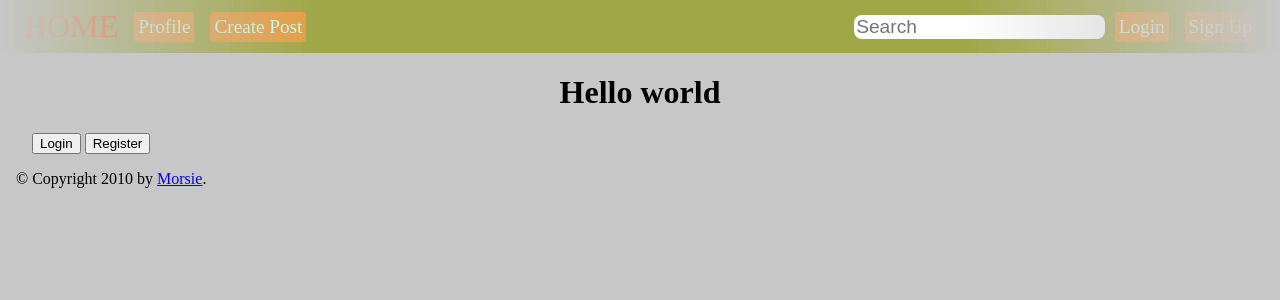
Repository: MorsChen/python-blog
Page: templates/home.html
The author's editor kept a copy of each file at every save. The page is drawn from the files as they stood at one save, then again after the next save.
The browser window is 1280 px wide. The pictures show the whole page.
The page is served by the project's application, run on Flask 3 (default.py). The template is opened directly, without the code that normally fills it, so the values that code supplies are empty.

Above is the page before, as saved 2019-09-09 17:18:27.

### templates/home.html
{% extends 'index.html' %}

{% block content %}
<h1 style="text-align:center"> Hello world </h1>

{% if not current_user.is_authenticated %}
{% for post in posts %}
<li> {{post.title}} || {{post.body}} || {{post.users.username}} || {{post.created}} || {{post.updated}}
</li>

{%endfor%}
<button type="button" onclick="window.location.href=`{{url_for('login')}}`"> Login</button>
<button type="button" onclick="window.location.href=`{{url_for('register')}}`"> Register</button>
{% else %}
<h3>{{current_user.username}}</h3>
{% for post in posts %}
<li> <a href="{{url_for('single_post', id = post.id)}}">{{post.title}}</a> || {{post.body}} || {{post.users.username}} || {{post.created}} || {{post.updated}}
    <button type='button' onclick = "window.location.href=`{{url_for('editpost', id = post.id)}}`">Edit Post</button>
    <button type='button' onclick = "window.location.href=`{{url_for('new_comment', id = post.id)}}`">Comment</button>
</li>
{%endfor%}
<button type="button" onclick="window.location.href=`{{url_for('newpost')}}`"> Create New Post</button>
<button type="button" onclick="window.location.href=`{{url_for('profile')}}`"> Profile</button>
<button type="button" onclick="window.location.href=`{{url_for('logout')}}`"> Log Out</button>
{% endif %}
{% endblock %}

### templates/index.html
<!doctype html>
<html id="  ">
  <head>
    {% block head %}
    <link rel="stylesheet" href="{{ url_for('static', filename='style.css') }}">
    <title>{% block title %}{% endblock %} - My Blog Webpage</title>
    {% endblock %}
  </head>
  <body>
      <nav class="NavBar">
        <div class="nav-box-content">
            <div class="nav-box1">
                <a class="a-nav" href="{{url_for('main')}}">HOME</a>
                <a class="btn" href="{{url_for('profile')}}">Profile</a>
                <a class="btn" href="{{url_for('newpost')}}">Create Post</a>
            </div>
            <div class="nav-box2">
                <input class="ip-nav" placeholder="Search" >
                <a class="btn" href="{{url_for('login')}}">Login</a>
                <a class="btn" href="{{url_for('register')}}">Sign Up</a>

            </div>
        </div>
      </nav>

      <div id="content">
          {% with messages = get_flashed_messages(with_categories=true) %}
          <!-- Categories: success (green), info (blue), warning (yellow), danger (red) -->
          {% if messages %}
            {% for category, message in messages %}
              <div class="alert alert-{{ category }} alert-dismissible" role="alert">
              <button type="button" class="close" data-dismiss="alert" aria-label="Close"><span aria-hidden="true">&times;</span></button>
              <!-- <strong>Title</strong> --> {{ message }}
              </div>
            {% endfor %}
          {% endif %}
        {% endwith %}

    <div id="content">{% block content %}{% endblock %}</div>
    <div id="footer">
      {% block footer %}
      &copy; Copyright 2010 by <a href="http://domain.invalid/">Morsie</a>.
      {% endblock %}
    </div>
  </body>
</html>

### default.py
import os
from flask import Flask, request, render_template, redirect, url_for, flash
from flask_migrate import Migrate
from flask_sqlalchemy import SQLAlchemy
from werkzeug.security import generate_password_hash, check_password_hash
from datetime import datetime
from flask_wtf import FlaskForm
from wtforms import StringField, SubmitField, PasswordField
from wtforms.validators import DataRequired, Email, EqualTo, ValidationError, Length
from flask_login import LoginManager, UserMixin, login_user, logout_user, current_user, login_required

#setting
app = Flask(__name__)
db = SQLAlchemy(app)
app.config['SECRET_KEY']="SUPERSECRET"

migrate = Migrate(app,db)

login_manager = LoginManager(app)
login_manager.init_app(app)
login_manager.login_view = 'login'


#setting connection
POSTGRES = {
    'user': "khoa",
    'pw': "zzz",
    'db': 'bloghehe',
    'host': "localhost",
    'port': 5432,
}
app.config['SQLALCHEMY_DATABASE_URI'] = 'postgresql://%(user)s:%(pw)s@%(host)s:\
%(port)s/%(db)s' % POSTGRES







#define models

class Users(UserMixin, db.Model):
  id = db.Column(db.Integer, primary_key=True)
  username = db.Column(db.String, nullable=False, unique=True)
  email = db.Column(db.String, nullable=False, unique=True)
  password = db.Column(db.String, nullable=False)
  posts = db.relationship("Posts", backref="users", lazy="dynamic")
  comments = db.relationship("Comments", backref="users", lazy="dynamic")

  def set_pass(self,passw):
    self.password =  generate_password_hash(passw)
  def check_pass(self,passw):
    return check_password_hash(self.password,passw)

class Posts(db.Model):
  id = db.Column(db.Integer, primary_key=True)
  title = db.Column(db.String, nullable=False)
  body = db.Column(db.String, nullable=False)
  created = db.Column(db.DateTime, nullable=False)
  updated = db.Column(db.DateTime)
  author =  db.Column(db.Integer, db.ForeignKey('users.id'), nullable=False)
  comments = db.relationship('Comments', backref="posts", lazy="dynamic")

class Comments(db.Model):
  id = db.Column(db.Integer, primary_key=True)
  body = db.Column(db.String, nullable=False)
  created = db.Column(db.DateTime, nullable=False)
  updated = db.Column(db.DateTime)
  author =  db.Column(db.Integer, db.ForeignKey('users.id'), nullable=False)
  post = db.Column(db.Integer, db.ForeignKey('posts.id'), nullable=False)

db.create_all()


@login_manager.user_loader
def load_user(user_id):
    return Users.query.get(user_id)



#define forms
class Register(FlaskForm):
  username = StringField("User Name", validators=[DataRequired("Please input your username"), Length(min=3, max=20, message="username must have at least 3 char and max 20 chars")])
  email = StringField("Email address", validators=[DataRequired(), Email("Please input an appropriate email address")])
  password = StringField("Password", validators=[DataRequired(), EqualTo("confirm")])
  confirm = StringField("Password", validators=[DataRequired()])
  submit = SubmitField("Register")

  def validate_username(self, field):
        if Users.query.filter_by(username=field.data).first() :
            raise ValidationError("Your username has been registered!!")
  def validate_email(self, field):
        if Users.query.filter_by(email=field.data).first() :
            raise ValidationError("Your email has been registered!!")


class Login(FlaskForm):
  email = StringField("Email address", validators=[DataRequired(), Email("Please input an appropriate email address")])
  password = PasswordField("Password", validators=[DataRequired()])
  submit = SubmitField("Login")

class NewPost(FlaskForm):
  title = StringField("Blog Title", validators=[DataRequired(), Length(min=3,max=255, message="min 3, max 255")])
  body = StringField("Content", validators=[DataRequired(), Length(min=3,max=10000, message="min 3, max 10000")])
  submit = SubmitField("Post")

class New_comment(FlaskForm):
  body = StringField("Comment content", validators=[DataRequired(), Length(min=3, max=1000, message="min 3, max 1000")])
  submit = SubmitField("Comment")

@app.route('/register', methods=['post','get'])
def register():
  form = Register()

  if request.method=="POST":
    if form.validate_on_submit():
      new_user = Users(username = form.username.data,
                        email = form.email.data,
                        )
      new_user.set_pass(form.password.data)
      db.session.add(new_user)
      db.session.commit()
      return redirect(url_for("home"))
    else:
      for field_name, errors in form.errors.items():
          flash(errors)
      return redirect((url_for('register')))
  return render_template('register.html', form = form)

@app.route('/login', methods=['post','get'])
def login():
  form = Login()
  if request.method == 'POST':
    check = Users.query.filter_by(email=form.email.data).first()
    if check :
      if check.check_pass(form.password.data):
        login_user(check)
        return redirect(url_for("home"))
    else:
      flash(["email address not exist"])
      return redirect(url_for('register'))
  return render_template('login.html', form = form)

@app.route('/logout')
@login_required
def logout():
  logout_user()
  return redirect(url_for('login'))

@app.route('/')
def home():
  posts = Posts.query.all()
  return render_template('index.html', posts = posts)


@app.route('/newpost', methods=['post', 'get'])
@login_required
def newpost():
  form = NewPost()
  if request.method == 'POST':
    new_post = Posts(title=form.title.data,
                    body=form.body.data,
                    created = datetime.now())
    current_user.posts.append(new_post)
    db.session.add(new_post)
    db.session.commit()
    return "ok"
  return render_template('newpost.html', form=form)

@app.route('/editpost/<id>', methods=['post','get'])
@login_required
def edit_post(id):
  form = NewPost()
  post = Posts.query.filter_by(id=id, author = current_user.id).first()
  if not post:
    flash([["you are not allowed to edit this post"]])
    return redirect(url_for("home"))
  else:
    if request.method == 'POST':
      post.title = form.title.data
      post.body = form.body.data
      post.updated = datetime.now()
      db.session.commit()
      return "ok"
      # return redirect(url_for('post'))
  return render_template('editpost.html', form = form )

@app.route('/delete_post/<id>', methods=['get'])
@login_required
def delete_post(id):
  post = Posts.query.filter_by(id=id, author=current_user.id).first()
  if post:
    db.session.delete(post)
    db.session.commit()
  else:
    flash(['You are not allowed to delete this post'])
  return redirect(url_for('home'))

@app.route('/single_post/<id>', methods=['get'])
def single_post(id):
  post = Posts.query.filter_by(id=id).first()  # 1 item
  comments = post.comments.all()  # a list
  return render_template('single_post.html', post = post, comments = comments)


@app.route('/posts/<id>/comments', methods=['POST','GET'])
def new_comment(id):
  form = New_comment()
  if request.method == 'POST':
    if form.validate_on_submit():
      post = Posts.query.filter_by(id=id).first()
      c = Comments(body=form.body.data,
                    created = datetime.now(),
                    # author = current_user.id,
                    )
      current_user.comments.append(c) # autho
      post.comments.append(c)      # post
      db.session.add(c)
      db.session.commit()
      return redirect(url_for('single_post', id=id))
    else:
      for field_name, errors in form.errors.items():
          flash(errors)
      return redirect((url_for('new_comment')))
  return render_template('new_comment.html', form = form)



@app.route('/khoa', methods=['get','options',"DELETE"])
def khoa():
  if request.method == "DELETE":
    return "KHOA IS COOL"
  return "NOPE"


if __name__ == "__main__":
  app.run(debug=True, port=5001)

### static/style.css
body{
    background-color: rgb(199, 199, 199);
    margin: 0;
}

.NavBar {
 background-color: rgb(255, 208, 0);
 mask-image: linear-gradient(90deg, rgba(255, 255, 255, 0) 0%, #ffffff 25%, #ffffff 75%, rgba(255, 255, 255, 0) 100%);
}

.nav-box-content{
    display: flex;
    position: sticky;
    /* margin: 0.5rem; */
    justify-content: space-between;
    top: 0;
    padding: 0 1rem 0 1rem;
    text-align: center;
    align-items: center;
    align-content: center;
    background-color: rgba(70, 128, 136, 0.514);
    /* opacity: 0.5; */
    font-size: 3rem;
}

.nav-box1 {
    display: flex;
    text-align: center;
    align-items: center;
    align-content: center;
}

.nav-box2 {
    display: flex;
    text-align: center;
    align-items: center;
    align-content: center;
}

.a-nav {
    text-decoration: none;
    font-size: 2rem;
    color: rgb(255, 81, 0);
    margin: 0.5rem;
}

.ip-nav{
    border: none;
    font-size: 1.2rem;
    border-radius: 0.5rem;
    text-justify: center;
    margin: 0.1rem;
    padding:0,1rem;
    text-align: left;
}

.btn {
    border: none;
    text-decoration: none;
    border-radius: 0.2rem;
    background-color: rgb(228, 158, 67);
    text-align: center;
    text-justify: center;
    padding: 0.25rem;
    margin: 0.5rem;
    color: rgb(196, 255, 237);
    font-size: 1.2rem;
}

#content {
    margin: 1rem;
}

After the next save:
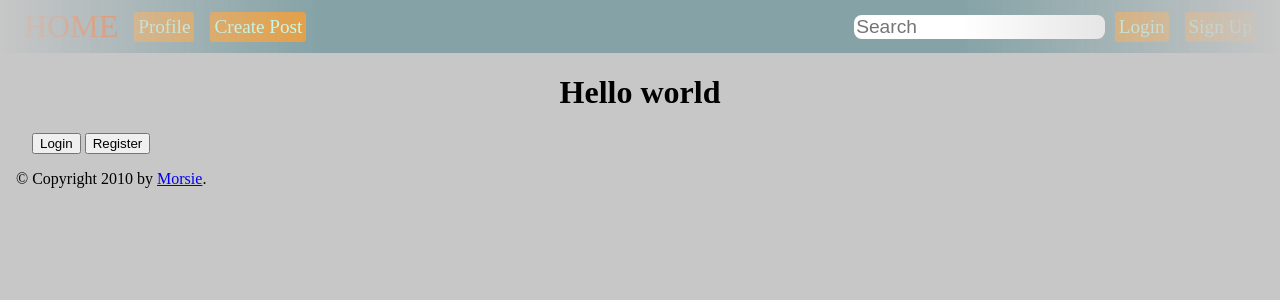
Saved 7 s later.
--- a/static/style.css
+++ b/static/style.css
@@ -4,7 +4,7 @@ body{
 }
 
 .NavBar {
- background-color: rgb(255, 208, 0);
+ /* background-color: rgb(255, 208, 0); */
  mask-image: linear-gradient(90deg, rgba(255, 255, 255, 0) 0%, #ffffff 25%, #ffffff 75%, rgba(255, 255, 255, 0) 100%);
 }
 
